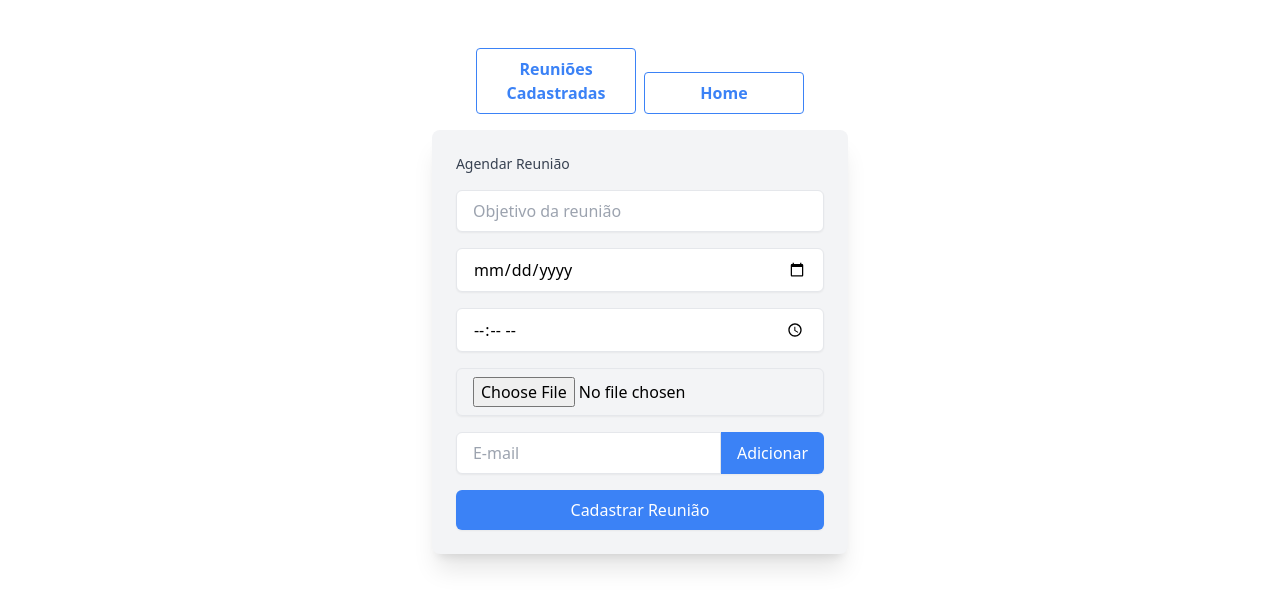
Repository: TamiBeira/meeting
Page: /form
These files come from the project's save history. The page is drawn as it stood at one moment and after the next save; the edit follows.
The browser window is 1280 px wide. The pictures show the whole page.
The project was rebuilt for these pictures with package versions that can differ from the ones it lists, and the page was loaded fresh each time. Also part of the build but not shown: vite.config.ts, src/contexts/MeetingsContext.tsx, src/components/MeetingsView.tsx, src/components/HomePage.tsx.

Above is the page before, as saved 2024-02-26 23:52:50.

### index.html
<!doctype html>
<html lang="pt">
  <head>
    <meta charset="UTF-8" />
    <meta name="viewport" content="width=device-width, initial-scale=1.0" />
    <title>Meeting</title>
  </head>
  <body>
    <div id="root"></div>
    <script type="module" src="/src/main.tsx"></script>
  </body>
</html>

### src/app.tsx
import { BrowserRouter as Router, Routes, Route } from 'react-router-dom';
import { FormProvider } from './contexts/FormContext';
import { MeetingsProvider } from './contexts/MeetingsContext';
import { Form } from './components/Form';
import { MeetingsView } from './components/MeetingsView';
import { HomePage } from './components/HomePage';

export const App = () => {
  return (
    <Router>
      <Routes>
        <Route path="/" element={<HomePage />} />
        <Route path="/form" element={<FormProvider><Form /></FormProvider>} />
        <Route path="/meetings" element={<MeetingsProvider><MeetingsView /></MeetingsProvider>} />
      </Routes>
    </Router>
  );
};

### src/contexts/FormContext.tsx
import { createContext, useContext, useState, ChangeEvent, FormEvent, ReactNode } from "react";
import { toast } from 'react-toastify';
import 'react-toastify/dist/ReactToastify.css';

export interface MeetingContextDataProps {
  data: string;
  hora: string;
  imagem: string;
  title: string;
  emails: string[];
  emailInput: string;
  handleDataChange: (event: ChangeEvent<HTMLInputElement>) => void;
  handleImagemChange: (event: ChangeEvent<HTMLInputElement>) => void;
  handleTitleChange: (event: ChangeEvent<HTMLInputElement>) => void;
  handleHoraChange: (event: ChangeEvent<HTMLInputElement>) => void;
  handleEmailInputChange: (event: ChangeEvent<HTMLInputElement>) => void;
  handleAddEmail: () => void;
  handleRemoveEmail: (index: number) => void;
  handleSubmit: (event: FormEvent<HTMLFormElement>) => void;
}

interface MeetingContextProviderProps {
  children: ReactNode;
}

const FormContext = createContext({} as MeetingContextDataProps);

export const useFormContext = () => {
  return useContext(FormContext);
};

export const FormProvider = ({ children }: MeetingContextProviderProps) => {
  const [data, setData] = useState('');
  const [hora, setHora] = useState('');
  const [imagem, setImagem] = useState<File | null>(null);
  const [title, setTitle] = useState('');
  const [emails, setEmails] = useState<string[]>([]);
  const [emailInput, setEmailInput] = useState('');

  const handleDataChange = (event: ChangeEvent<HTMLInputElement>) => {
    setData(event.target.value);
  };

  const handleImagemChange = (event: ChangeEvent<HTMLInputElement>) => {
    if (event.target.files && event.target.files[0]) {
      setImagem(event.target.files[0]);
    }
  };

  const handleTitleChange = (event: ChangeEvent<HTMLInputElement>) => {
    setTitle(event.target.value);
  };

  const handleHoraChange = (event: ChangeEvent<HTMLInputElement>) => {
    setHora(event.target.value);
  };

  const handleEmailInputChange = (event: ChangeEvent<HTMLInputElement>) => {
    setEmailInput(event.target.value);
  };

  const handleAddEmail = () => {
    setEmails([...emails, emailInput]);
    setEmailInput('');
  };

  const handleRemoveEmail = (index: number) => {
    const updatedEmails = [...emails];
    updatedEmails.splice(index, 1);
    setEmails(updatedEmails);
  };

  const handleSubmit = (event: FormEvent<HTMLFormElement>) => {
    event.preventDefault();

    const selectedDateTime = new Date(`${data}T${hora}`);
    const formattedDate = selectedDateTime.toLocaleDateString('pt-BR');
    const formattedTime = selectedDateTime.toLocaleTimeString('pt-BR', { hour: '2-digit', minute: '2-digit' });

    let imagemUrl = '';
    if (imagem) {
      const reader = new FileReader();
      reader.onload = (e) => {
        imagemUrl = e.target?.result as string;
        const meetingData = {
          title,
          data: formattedDate,
          hora: formattedTime,
          imagem: imagemUrl,
          emails
        };

        const existingData = localStorage.getItem('meetingData');
        let allMeetings: any[] = [];

        if (existingData) {
          allMeetings = JSON.parse(existingData);
        }

        const isDuplicate = allMeetings.some((meeting: any) => {
          const sameDateAndTime = meeting.data === formattedDate && meeting.hora === formattedTime;
          const sameEmails = meeting.emails.length === emails.length && meeting.emails.every((email: string) => emails.includes(email));
          return sameDateAndTime && sameEmails;
        });

        if (isDuplicate) {
          toast.error('Esta data, hora e lista de e-mails já estão sendo usadas por outra reunião.');
        } else {
          allMeetings.push(meetingData);

          localStorage.setItem('meetingData', JSON.stringify(allMeetings));

          setData('');
          setHora('');
          setImagem(null);
          setTitle('');
          setEmailInput('');
          setEmails([]);

          toast.success('Reunião cadastrada com sucesso!');
        }
      };
      reader.readAsDataURL(imagem);
    } else {
      toast.error('Por favor, selecione uma imagem.');
    }
  };

  return (
    <FormContext.Provider
      value={{
        data,
        hora,
        imagem: imagem ? URL.createObjectURL(imagem) : '',
        title,
        emails,
        emailInput,
        handleDataChange,
        handleImagemChange,
        handleTitleChange,
        handleHoraChange,
        handleEmailInputChange,
        handleAddEmail,
        handleRemoveEmail,
        handleSubmit,
      }}
    >
      {children}
    </FormContext.Provider>
  );
};

### src/components/Form.tsx
import { Link } from 'react-router-dom';
import { useFormContext } from '../contexts/FormContext';
import { ToastContainer } from 'react-toastify';

export const Form = () => {
  const {
    data,
    hora,
    title,
    emails,
    emailInput,
    handleDataChange,
    handleTitleChange,
    handleHoraChange,
    handleEmailInputChange,
    handleImagemChange,
    handleAddEmail,
    handleRemoveEmail,
    handleSubmit,
  } = useFormContext();

  return (
    <main className="flex flex-col items-center mt-8">
      <div className="mt-4 mb-4">
        <Link to="/meetings" className="w-40 inline-block text-center border border-solid border-blue-500 text-blue-500 font-bold mr-2 px-4 py-2 rounded">Reuniões Cadastradas</Link>
        <Link to="/" className="w-40 inline-block text-center border border-solid border-blue-500 text-blue-500 font-bold px-4 py-2 rounded">Home</Link>
      </div>
      <div className="mx-auto max-w-md p-6 bg-gray-100 rounded-lg shadow-xl">
        <form onSubmit={handleSubmit} className="space-y-4">
          <label htmlFor="reuniao" className="block text-sm font-medium text-gray-700">Agendar Reunião</label>
          <input
            type="text"
            placeholder="Objetivo da reunião"
            id="reuniao"
            value={title}
            onChange={handleTitleChange}
            className="block w-full px-4 py-2 border rounded-md shadow-sm focus:outline-none focus:ring-blue-500 focus:border-blue-500"
          />
          <input
            type="date"
            name="data"
            id="data"
            value={data}
            onChange={handleDataChange}
            className="block w-full px-4 py-2 border rounded-md shadow-sm focus:outline-none focus:ring-blue-500 focus:border-blue-500"
          />
          <input
            type="time"
            name="hora"
            id="hora"
            value={hora}
            onChange={handleHoraChange}
            className="block w-full px-4 py-2 border rounded-md shadow-sm focus:outline-none focus:ring-blue-500 focus:border-blue-500"
          />
          <input
            type="file"
            name="imagem"
            id="imagem"
            accept="image/*"
            onChange={handleImagemChange}
            className="block w-full px-4 py-2 border rounded-md shadow-sm focus:outline-none focus:ring-blue-500 focus:border-blue-500"
          />
          <div className="flex">
            <input
              type="text"
              placeholder="E-mail"
              value={emailInput}
              onChange={handleEmailInputChange}
              className="block flex-1 w-full px-4 py-2 border rounded-l-md shadow-sm focus:outline-none focus:ring-blue-500 focus:border-blue-500"
            />
            <button
              type="button"
              onClick={handleAddEmail}
              className="px-4 py-2 bg-blue-500 text-white rounded-r-md shadow-sm hover:bg-blue-600 focus:outline-none focus:ring-blue-500 focus:border-blue-500"
            >
              Adicionar
            </button>
          </div>
          <div>
            {emails.map((email, index) => (
              <div key={index} className="flex items-center">
                <div>{email}</div>
                <button
                  type="button"
                  onClick={() => handleRemoveEmail(index)}
                  className="ml-2 text-red-500"
                >
                  Remover
                </button>
              </div>
            ))}
          </div>
          <button
            type="submit"
            className="block w-full px-4 py-2 bg-blue-500 text-white rounded-md shadow-sm hover:bg-blue-600 focus:outline-none focus:ring-blue-500 focus:border-blue-500"
          >
            Cadastrar Reunião
          </button>
        </form>
        <ToastContainer />
      </div>
    </main>
  );
};

### tailwind.config.js
/** @type {import('tailwindcss').Config} */
export default {
  content: [
    "./index.html",
    "./src/**/*.tsx",
  ],
  theme: {
    extend: {},
  },
  plugins: [],
}

Loaded but not shown: src/main.tsx (common file); src/index.css (common file)

After the next save:
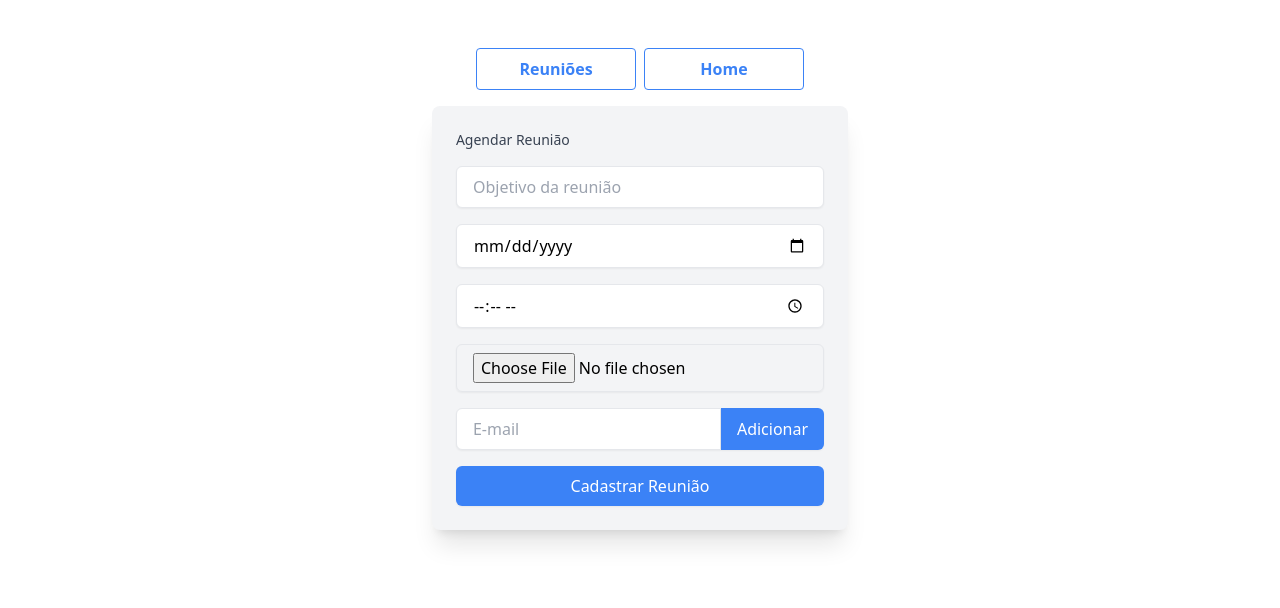
Saved 10 s later.
--- a/src/components/Form.tsx
+++ b/src/components/Form.tsx
@@ -22,7 +22,7 @@ export const Form = () => {
   return (
     <main className="flex flex-col items-center mt-8">
       <div className="mt-4 mb-4">
-        <Link to="/meetings" className="w-40 inline-block text-center border border-solid border-blue-500 text-blue-500 font-bold mr-2 px-4 py-2 rounded">Reuniões Cadastradas</Link>
+        <Link to="/meetings" className="w-40 inline-block text-center border border-solid border-blue-500 text-blue-500 font-bold mr-2 px-4 py-2 rounded">Reuniões</Link>
         <Link to="/" className="w-40 inline-block text-center border border-solid border-blue-500 text-blue-500 font-bold px-4 py-2 rounded">Home</Link>
       </div>
       <div className="mx-auto max-w-md p-6 bg-gray-100 rounded-lg shadow-xl">

After the save that followed:
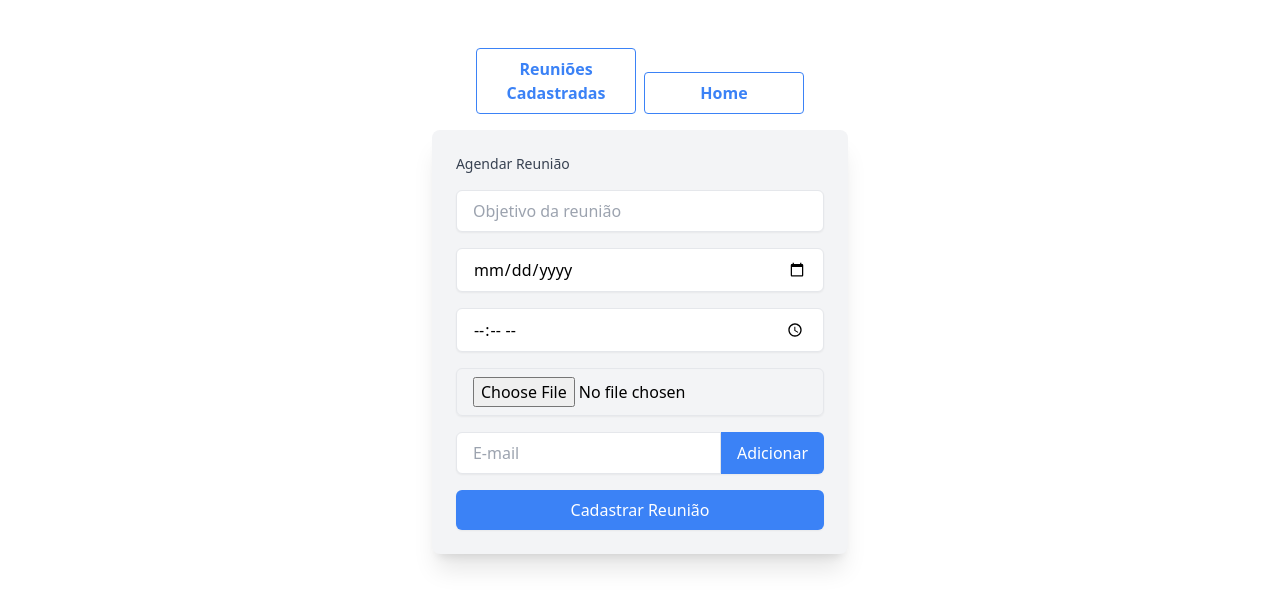
Saved 8 s later.
--- a/src/components/Form.tsx
+++ b/src/components/Form.tsx
@@ -22,7 +22,7 @@ export const Form = () => {
   return (
     <main className="flex flex-col items-center mt-8">
       <div className="mt-4 mb-4">
-        <Link to="/meetings" className="w-40 inline-block text-center border border-solid border-blue-500 text-blue-500 font-bold mr-2 px-4 py-2 rounded">Reuniões</Link>
+        <Link to="/meetings" className="w-40 inline-block text-center border border-solid border-blue-500 text-blue-500 font-bold mr-2 px-4 py-2 rounded">Reuniões Cadastradas</Link>
         <Link to="/" className="w-40 inline-block text-center border border-solid border-blue-500 text-blue-500 font-bold px-4 py-2 rounded">Home</Link>
       </div>
       <div className="mx-auto max-w-md p-6 bg-gray-100 rounded-lg shadow-xl">
